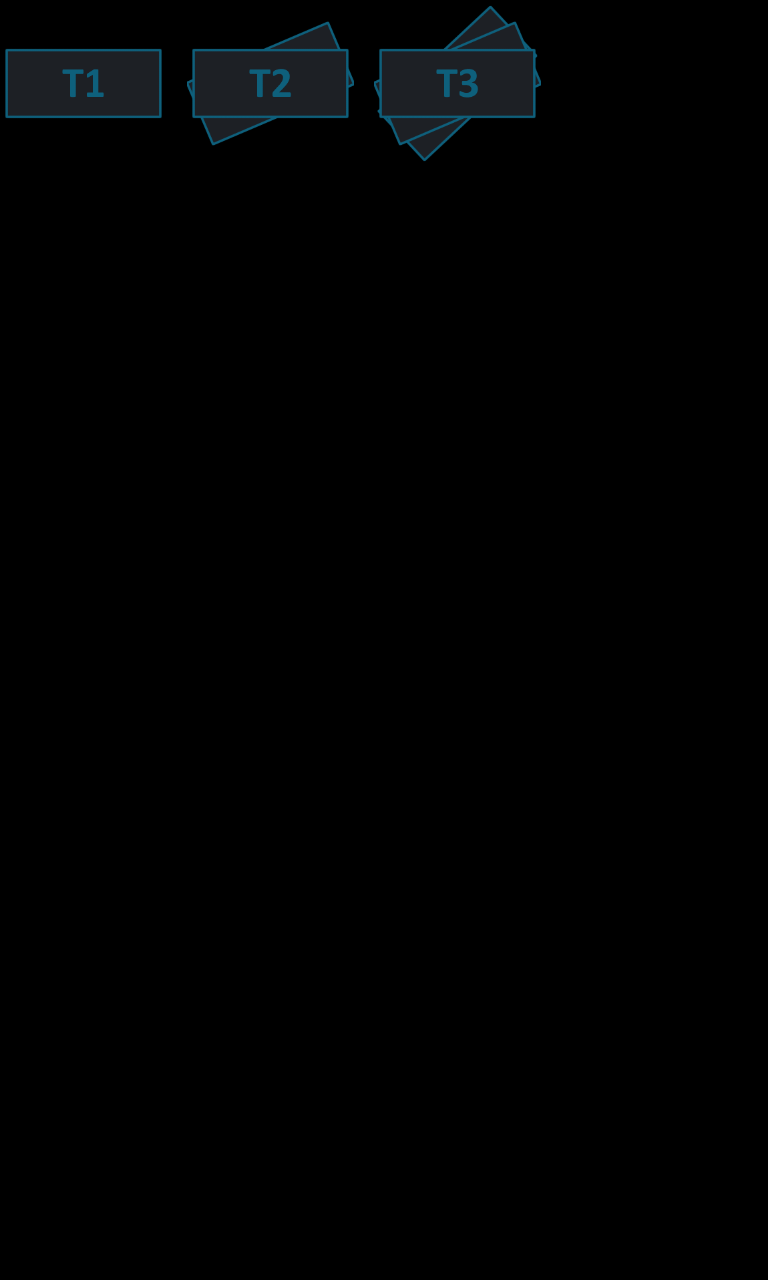
Repository: Nelspike/BusTicketer
Layout: PassengerMode/res/layout/fragment_show_tickets.xml
These files come from the project's save history. The layout is drawn as it stood at one moment and after the next save; the edit follows.
It is drawn on a 768 x 1280 px phone screen (xhdpi) without system bars, with theme AppTheme; the app's code is not run.

Above is the layout before, as saved 2013-10-19 19:58:41.

### PassengerMode/res/layout/fragment_show_tickets.xml
<FrameLayout xmlns:android="http://schemas.android.com/apk/res/android"
    xmlns:tools="http://schemas.android.com/tools"
    android:layout_width="match_parent"
    android:layout_height="match_parent"
    tools:context=".ShowTicketsFragment" >

	<RadioGroup
	    android:layout_width="match_parent"
	    android:layout_height="wrap_content"
	    android:orientation="horizontal">

	    <RadioButton
	        android:button="@drawable/t1"
	        android:paddingRight="10dp"/>

	    <RadioButton
	        android:button="@drawable/t2"
	        android:paddingRight="10dp"/>

	    <RadioButton
	        android:button="@drawable/t3"
	        android:paddingRight="10dp"/>

	</RadioGroup>


</FrameLayout>

### PassengerMode/res/values/styles.xml
<resources>

    <!--
        Base application theme, dependent on API level. This theme is replaced
        by AppBaseTheme from res/values-vXX/styles.xml on newer devices.
    -->
    <style name="AppBaseTheme" parent="android:Theme.Holo">
        <!--
            Theme customizations available in newer API levels can go in
            res/values-vXX/styles.xml, while customizations related to
            backward-compatibility can go here.
        -->
    </style>

    <!-- Application theme. -->
    <style name="AppTheme" parent="android:Theme.Holo">
        <!-- All customizations that are NOT specific to a particular API-level can go here. -->
    </style>

</resources>

After the next save:
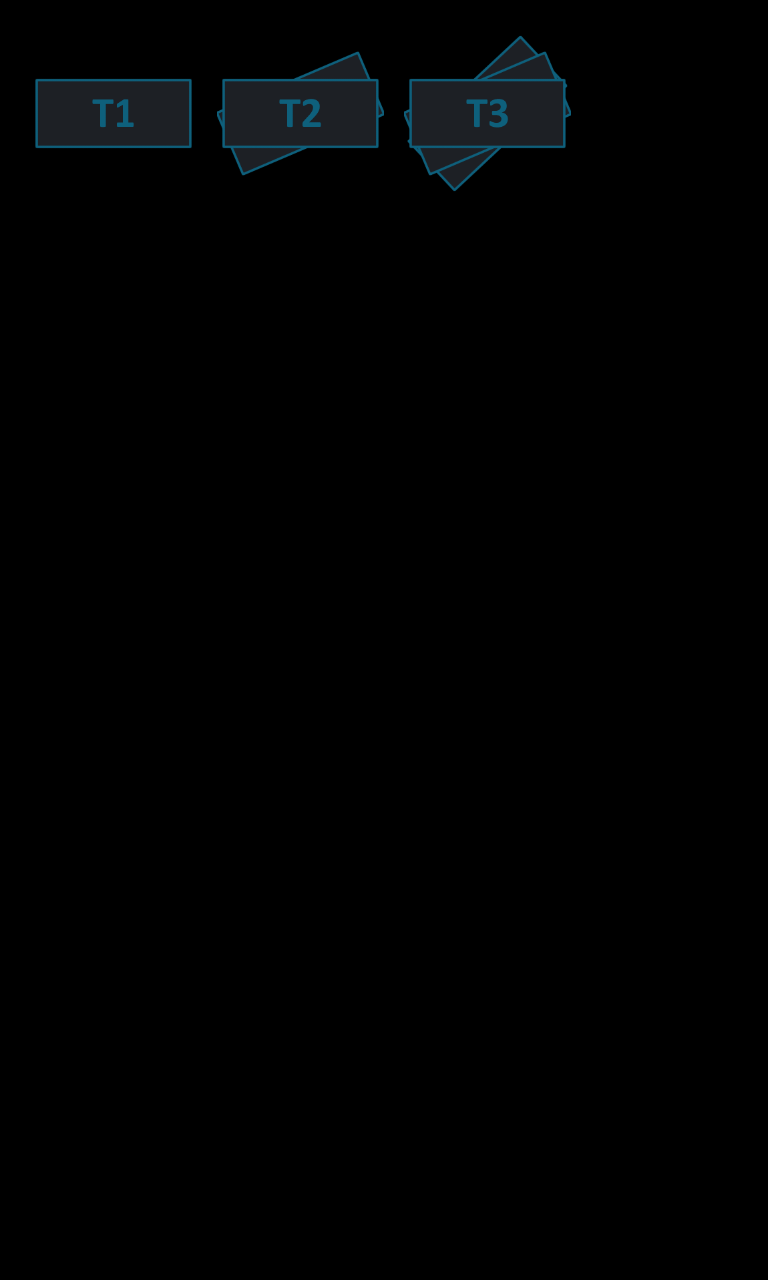
Saved 11 s later.
--- a/PassengerMode/res/layout/fragment_show_tickets.xml
+++ b/PassengerMode/res/layout/fragment_show_tickets.xml
@@ -7,7 +7,8 @@
 	<RadioGroup
 	    android:layout_width="match_parent"
 	    android:layout_height="wrap_content"
-	    android:orientation="horizontal">
+	    android:orientation="horizontal"
+	    android:padding="15dp">
 
 	    <RadioButton
 	        android:button="@drawable/t1"
